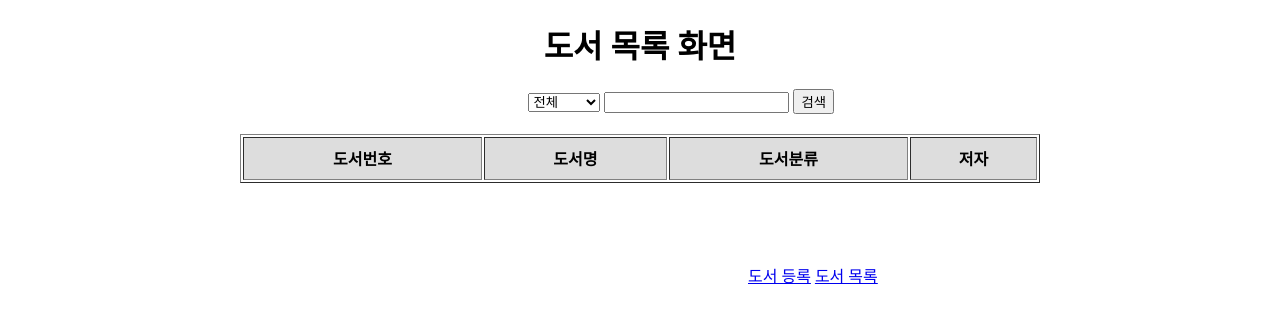
Repository: Niftrone/Kosa_Webs
Page: http://localhost/Workshop08/book/bookList.jsp
The author's editor kept a copy of each file at every save. The page is drawn from the files as they stood at one save, then again after the next save.
The browser window is 1280 px wide. The pictures show the whole page.
The page is served by Tomcat 9. The template is opened directly, without the code that normally fills it, so the values that code supplies are empty.

Above is the page before, as saved 2025-07-07 09:35:59.

After the next save:
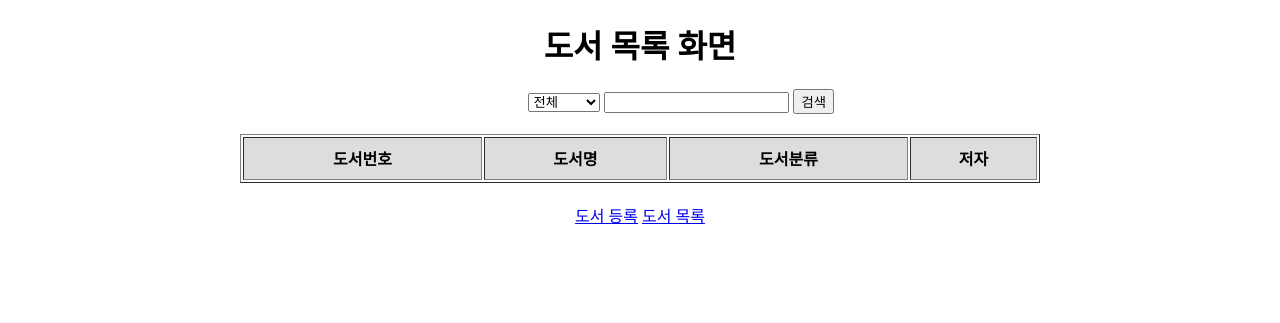
Saved 90 s later.
--- a/Workshop08/src/main/webapp/book/bookList.jsp
+++ b/Workshop08/src/main/webapp/book/bookList.jsp
@@ -30,6 +30,9 @@
         	margin-left: 740px;
         	padding-top: 30px;
         }
+        body{
+        	text-align: center;
+        }
     </style>
     <script	src="https://ajax.googleapis.com/ajax/libs/jquery/3.6.0/jquery.min.js"></script>
     <script>
@@ -45,6 +48,7 @@
                         command: "detail",
                         isbn: isbn,
                     },
+                    dataType: "Json",
                     success:function(book){
                         	alert(book.title)
                             const html = `
@@ -93,8 +97,8 @@
 			</tr>
 		</c:forEach>
     </table>
-    <div class="center" id="detailResult"></div>
-    <div class="center">
+    <div id="detailResult"></div>
+    <div>
     <a href="./book/Book.html">도서 등록</a>
     <a href="${pageContext.request.contextPath}/front.do?command=bookList">도서 목록</a>
 	</div>
